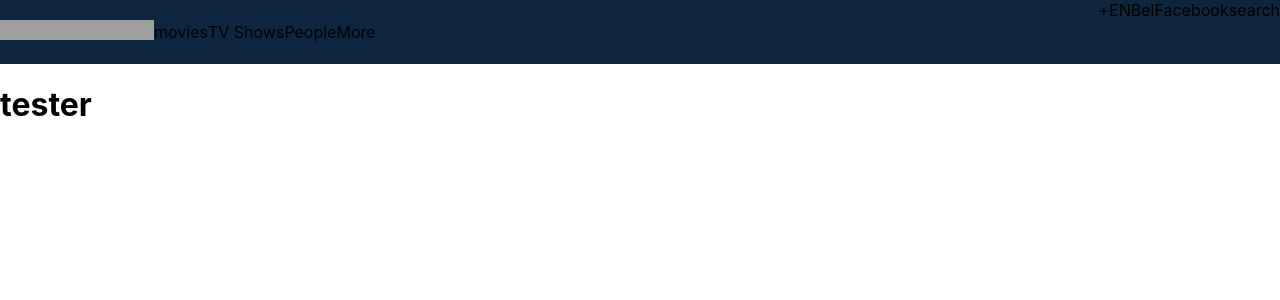
Repository: Fauzaanmhmd/qnpTesFrontend
Page: /
An editor plug-in stored every save of this project. The page is shown before and after a run of saves, followed by the edit.
The browser window is 1280 px wide. The pictures show the whole page.
Pictures or frames that could not be fetched are drawn as grey boxes. The page's requests for data from a server got no answer. The project was rebuilt for these pictures with package versions that can differ from the ones it lists, and the page was loaded fresh each time. The framework's server and built-in components were replaced by stand-ins that run in the browser. No one was signed in, and anything a server would have sent is missing. Also part of the build but not shown: next.config.js, styles/Moviecard.module.scss, pages/components/Moviecard.tsx.

Above is the page before, as saved 2022-03-17 08:58:05.

After the next 3 saves:
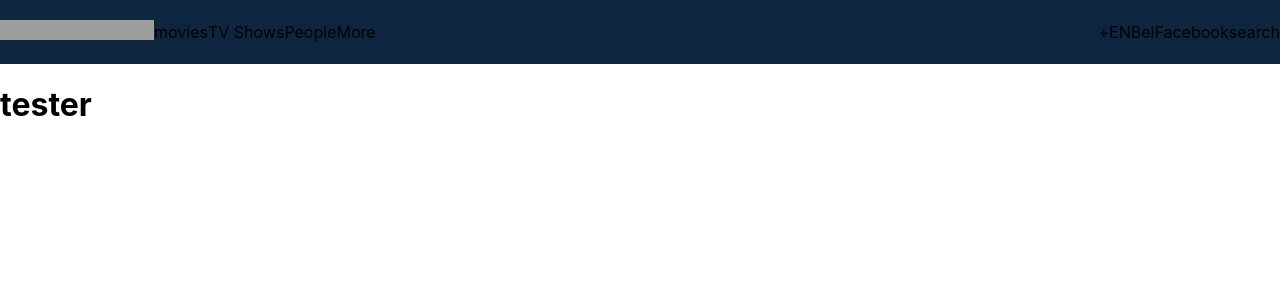
The 3 saves are shown as one change because they came seconds apart.
The last was saved 42 s later.
--- a/styles/Navbar.module.scss
+++ b/styles/Navbar.module.scss
@@ -4,12 +4,12 @@
     display: flex;
     justify-content: space-between;
     background-color: $darkblue;
+    width: 100%;
+    height: 4rem;
 }
 
 .NavbarItem {
     display: flex;
-    width: 100%;
-    height: 4rem;
     align-items: center;
 
     img {
@@ -20,4 +20,5 @@
 
 .NavbarIcon {
     display: flex;
+    align-items: center;
 }
